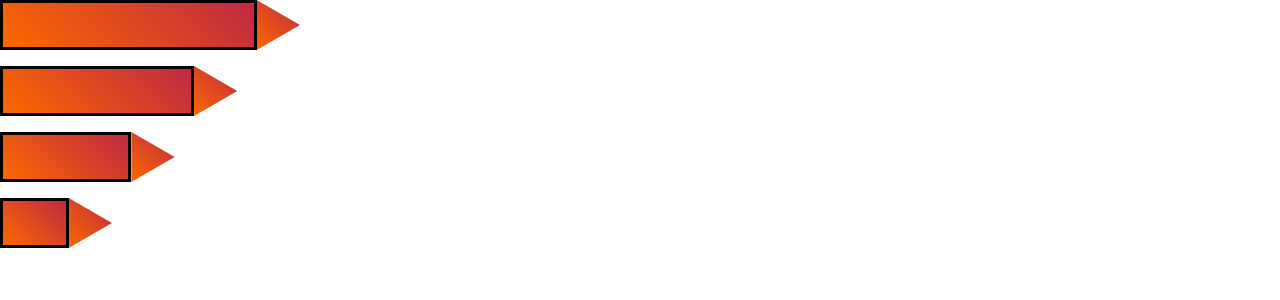
Repository: abdouAppcraft/Predict-DPE
Page: /result
The author's editor kept a copy of each file at every save. The page is drawn from the files as they stood at one save, then again after the next save.
The browser window is 1280 px wide. The pictures show the whole page.
The project was rebuilt for these pictures with package versions that can differ from the ones it lists, and the page was loaded fresh each time. Also part of the build but not shown: src/hooks/useDpeOptions.tsx, src/screens/PredictForm/PredictForm.css, src/strings/string.ts, src/utils/computeData.ts, src/screens/PredictForm/PredictForm.tsx.

Above is the page before, as saved 2024-06-12 09:41:59.

### src/App.tsx
import React from "react";
import PredictForm from "./screens/PredictForm/PredictForm";
import { createBrowserRouter, RouterProvider } from "react-router-dom";
import Result from "./screens/Result/Result";

const router = createBrowserRouter([
  {
    path: "/",
    Component: PredictForm,
  },
  {
    path: "/result",
    Component: Result,
  },
]);

const App: React.FC = () => {
  return (
    <>
      <RouterProvider router={router} />
    </>
  );
};

export default App;

### src/screens/Result/Result.tsx
import React from "react";
import "./Result.css";

type Props = {};

const letter = [{ label: "A" }, { label: "A" }, { label: "A" }, { label: "A" }];

const Result: React.FC<Props> = (props) => {
  return (
    <div style={{ maxWidth: 300 }}>
      {letter.map((l, index) => (
        <ResultItem flex={(letter.length - index) / letter.length} />
      ))}
    </div>
  );
};

export default Result;

const ResultItem: React.FC<{ flex: number }> = ({ flex }) => {
  return (
    <div>
      <div style={{ display: "flex", height: 50, marginBottom: "1rem" }}>
        <div style={{ flex, border: "solid" }} className="shape"></div>
        <div className=" shape triangle"></div>
      </div>
    </div>
  );
};

### src/screens/Result/Result.css
/* HTML: <div class="triangle"></div> */
.shape {
    background: linear-gradient(45deg,#FA6900,#C02942);

}

.triangle {
    aspect-ratio: cos(30deg);
    clip-path: polygon(0 0,100% 50%,0 100%);
  }

Loaded but not shown: public/index.html (common file); src/index.tsx (common file); src/index.css (common file); src/reportWebVitals.ts (common file)

After the next save:
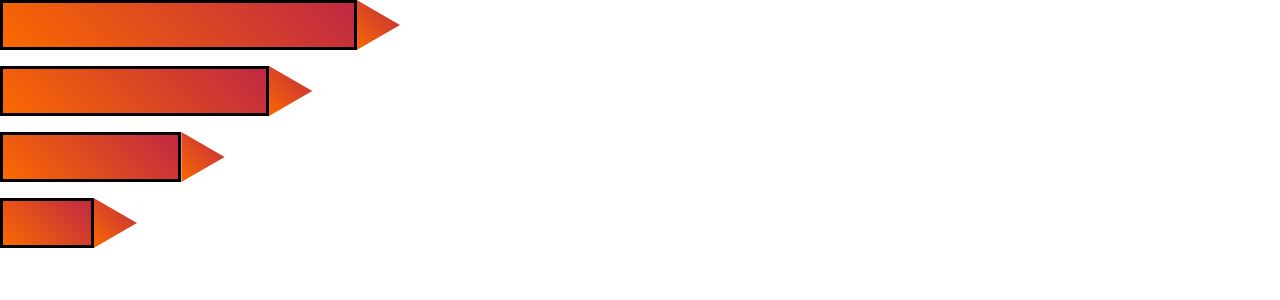
Saved 4 s later.
--- a/src/screens/Result/Result.tsx
+++ b/src/screens/Result/Result.tsx
@@ -7,7 +7,7 @@ const letter = [{ label: "A" }, { label: "A" }, { label: "A" }, { label: "A" }];
 
 const Result: React.FC<Props> = (props) => {
   return (
-    <div style={{ maxWidth: 300 }}>
+    <div style={{ maxWidth: 400 }}>
       {letter.map((l, index) => (
         <ResultItem flex={(letter.length - index) / letter.length} />
       ))}
